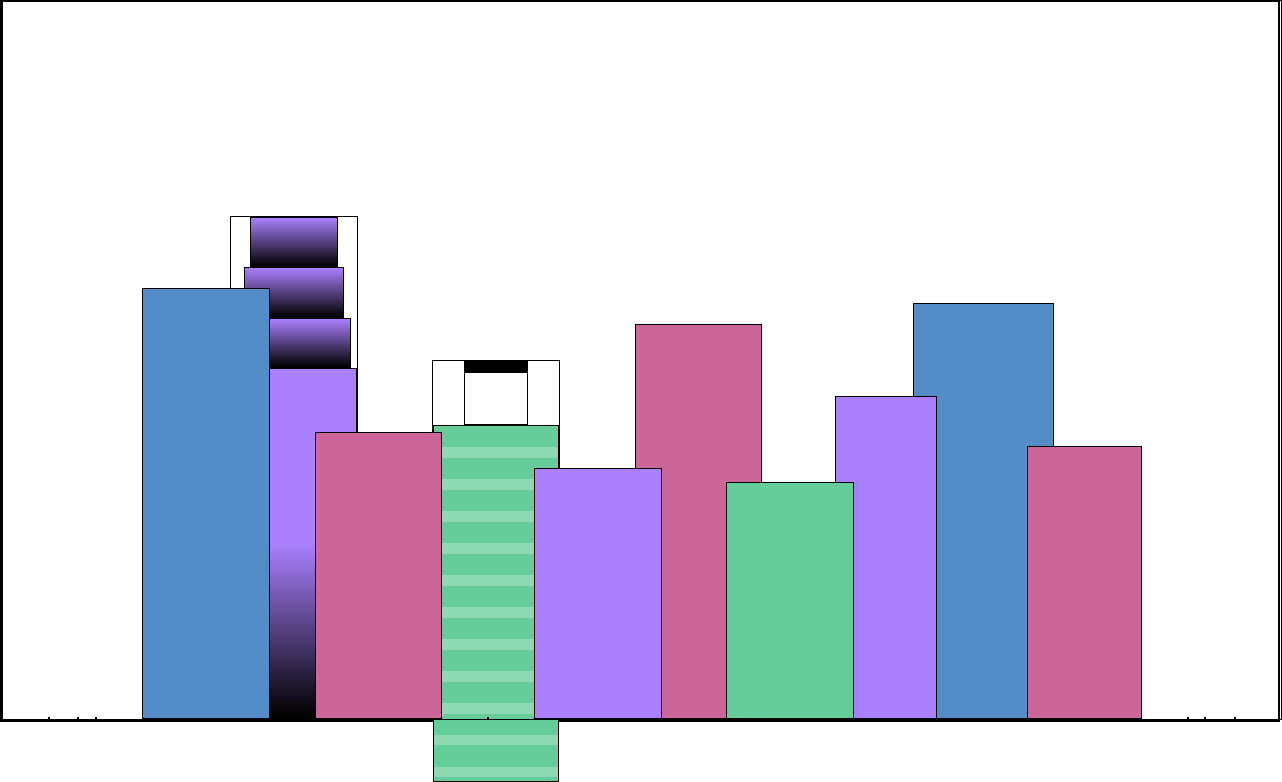
Repository: Lungdjos/city_skyline
Page: index.html
An editor plug-in stored every save of this project. The page is shown before and after a run of saves, followed by the edit.
The browser window is 1280 px wide. The page is 1282 px wide, so the pictures cover 1282 px, including what lies to the right of the window. The pictures show the whole page.

Above is the page before, as saved 2023-12-12 10:49:56.

### index.html
<!DOCTYPE html>
<html lang="en">

<head>
    <meta charset="UTF-8">
    <meta name="viewport" content="width=device-width, initial-scale=1.0">
    <title>City Skyline</title>
    <link href="styles.css" rel="stylesheet" />
</head>

<body>
    <div class="background-buildings">
        <div></div>
        <div></div>
        <div class="bb1">
            <div class="bb1a bb1-window"></div>
            <div class="bb1b bb1-window"></div>
            <div class="bb1c bb1-window"></div>
            <div class="bb1d"></div>
        </div>
        <div class="bb2">
            <div class="bb2a"></div>
            <div class="bb2b"></div>
        </div>
        <div class="bb3"></div>
        <div></div>
        <div class="bb4"></div>
        <div></div>
        <div></div>
    </div>
    <div class="foreground-buildings">
        <div></div>
        <div></div>
        <div class="fb1"></div>
        <div class="fb2"></div>
        <div></div>
        <div class="fb3"></div>
        <div class="fb4"></div>
        <div class="fb5"></div>
        <div class="fb6"></div>
        <div></div>
        <div></div>
    </div>
</body>

</html>

</html>

</html>

### styles.css
:root {
    --building-color1: #aa80ff;
    --building-color2: #66cc99;
    --building-color3: #cc6699;
    --building-color4: #538cc6;
    --window-color1: black;
    --window-color2: #8cd9b3;
}

* {
    border: 1px solid black;
    box-sizing: border-box;
}

body {
    height: 100vh;
    margin: 0;
    overflow: hidden;
}

.background-buildings,
.foreground-buildings {
    width: 100%;
    height: 100%;
    display: flex;
    align-items: flex-end;
    justify-content: space-evenly;
    position: absolute;
    top: 0;
}


/* BACKGROUND BUILDINGS - "bb" stands for "background building" */

.bb1 {
    width: 10%;
    height: 70%;
    display: flex;
    flex-direction: column;
    align-items: center;
}

.bb1a {
    width: 70%;
}

.bb1b {
    width: 80%;
}

.bb1c {
    width: 90%;
}

.bb1d {
    width: 100%;
    height: 70%;
    background: linear-gradient( var(--building-color1) 50%, var(--window-color1));
}

.bb1-window {
    height: 10%;
    background: linear-gradient( var(--building-color1), var(--window-color1));
}

.bb2 {
    width: 10%;
    height: 50%;
}

.bb2a {
    margin: auto;
    width: 5vw;
    height: 5vw;
    border-top: 1vw solid #000;
    border-bottom: 1w;
}

.bb2b {
    width: 100%;
    height: 100%;
    background: repeating-linear-gradient(var(--building-color2) 0%, var(--building-color2) 6%, var(--window-color2) 6%, var(--window-color2) 9%);
}

.bb3 {
    width: 10%;
    height: 55%;
    background-color: var(--building-color3);
}

.bb4 {
    width: 11%;
    height: 58%;
    background-color: var(--building-color4);
}


/* FOREGROUND BUILDINGS - "fb" stands for "foreground building" */

.fb1 {
    width: 10%;
    height: 60%;
    background-color: var(--building-color4);
}

.fb2 {
    width: 10%;
    height: 40%;
    background-color: var(--building-color3);
}

.fb3 {
    width: 10%;
    height: 35%;
    background-color: var(--building-color1);
}

.fb4 {
    width: 8%;
    height: 45%;
    background-color: var(--building-color1);
    position: relative;
    left: 10%;
}

.fb5 {
    width: 10%;
    height: 33%;
    background-color: var(--building-color2);
    position: relative;
    right: 10%;
}

.fb6 {
    width: 9%;
    height: 38%;
    background-color: var(--building-color3);
}

After the next 2 saves:
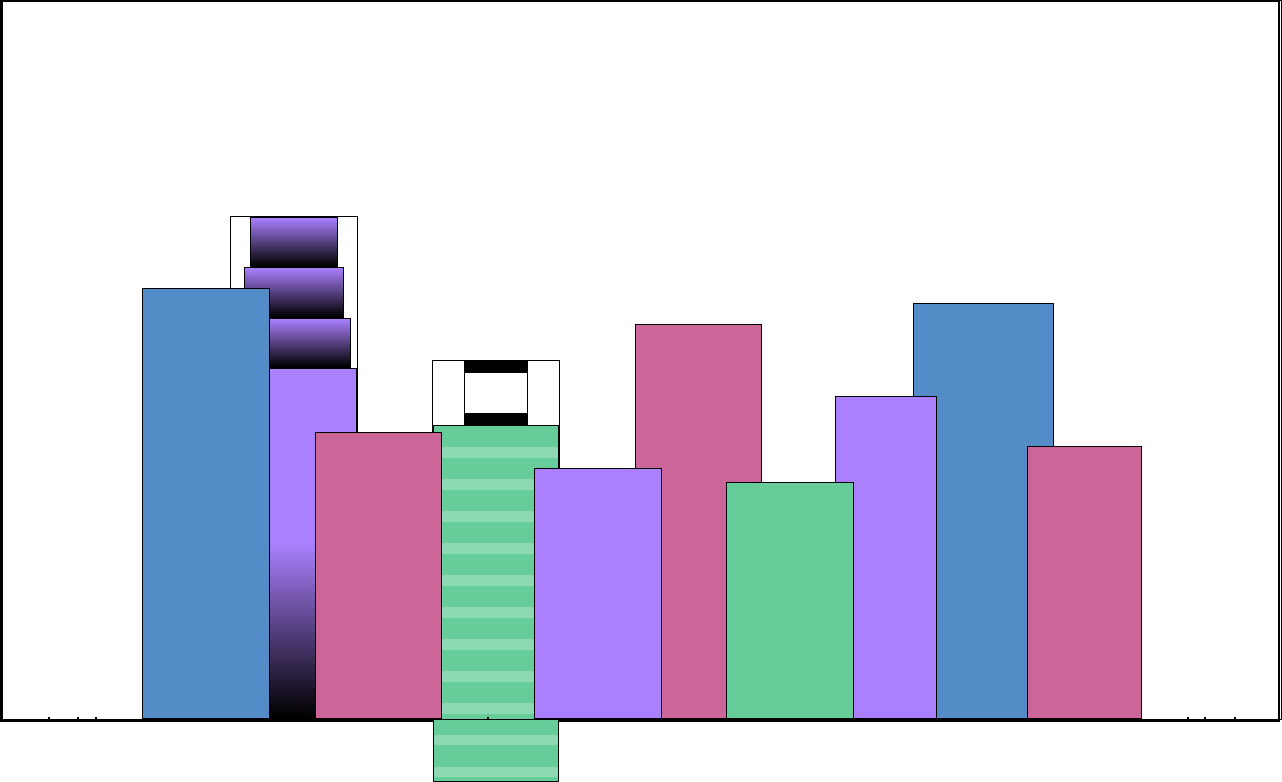
The 2 saves are shown as one change because they came seconds apart.
The last was saved 10 s later.
--- a/styles.css
+++ b/styles.css
@@ -73,7 +73,7 @@ body {
     width: 5vw;
     height: 5vw;
     border-top: 1vw solid #000;
-    border-bottom: 1w;
+    border-bottom: 1vw solid #000;
 }
 
 .bb2b {
